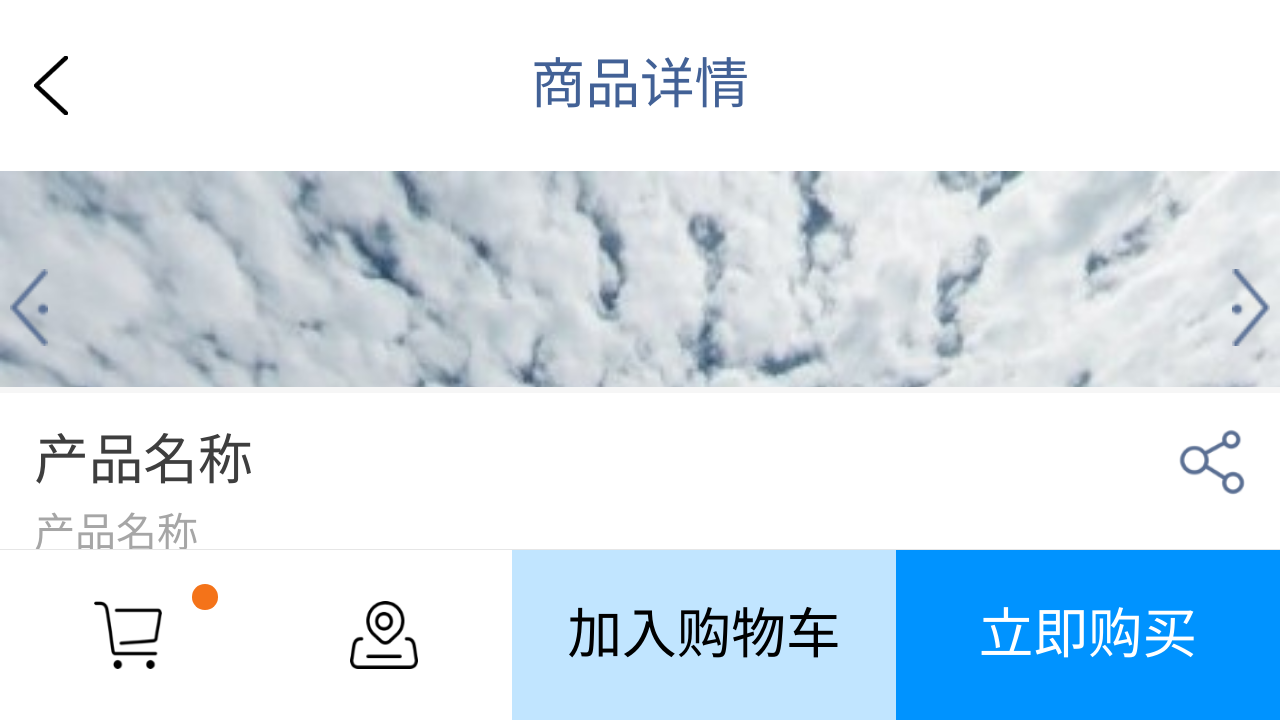
Repository: 421538074/sell
Page: consumer/goods-detail.html
These files come from the project's save history. The page is drawn as it stood at one moment and after the next save; the edit follows.
The browser window is 1280 px wide. The pictures show the whole page.
An inner scrolling area shows only its first screen.

Above is the page before, as saved 2019-05-31 10:45:22.

### consumer/goods-detail.html
<!DOCTYPE html>
<html lang="en">

<head>
    <meta charset="UTF-8">
    <meta name="viewport" content="width=device-width, initial-scale=1.0">
    <meta http-equiv="X-UA-Compatible" content="ie=edge">
    <title>商品详情</title>
    <link rel="stylesheet" href="../css/jquery.weui.css">
    <link rel="stylesheet" href="../css/base.css">
    <link rel="stylesheet" href="css/common.css">
    <link rel="stylesheet" href="../css/swiper.min.css">
    <link rel="stylesheet" href="css/goods-detail.css">
</head>

<body>
    <div id="app" class="content">
        <div class="blur" :class="{active:isShowPhotoReview}">
            <nav class="nav-bar-wrapper">
                <img src="../img/back.png" class="back-icon">
                <p class="nav-bar-title">商品详情</p>
            </nav>
            <div class="goods-pictures-wrapper" @click="openPhotoPreview">
                <div class="goods-swiper-main swiper-container swiper-container-pictures">
                    <div class="swiper-wrapper">
                        <div class="swiper-slide" v-for="item in 5">
                            <img src="../img/1.jpg" class="slide-img" alt="">
                        </div>
                    </div>
                    <div class="swiper-button-next"></div>
                    <div class="swiper-button-prev"></div>
                </div>
            </div>
            <div class="goods-detail-wrapper">
                <p class="main-title-wrapper">
                    <span class="goods-title">产品名称</span>
                    <img src="../img/share-icon.png" class="share-action-icon">
                </p>
                <p class="goods-title-desc">产品名称</p>
                <div class="goods-price-delivery">
                    <p class="goods-price">￥123.00</p>
                    <p class="delivery-fee">快递：免邮</p>
                    <p class="sell-counts-month">月销量：124件</p>
                </div>
            </div>
            <div class="tab-bar-wrapper">
                <div @click="switchTab(0)" :class="{active:currentIndex == 0}" class="tab-bar-item">商品详情</div>
                <div @click="switchTab(1)" :class="{active:currentIndex == 1}" class="tab-bar-item">基本信息</div>
                <div @click="switchTab(2)" :class="{active:currentIndex == 2}" class="tab-bar-item">买家评论</div>
            </div>
            <div class="tab-content-wrapper">
                <div v-show="currentIndex == 0" class="content-detail">
                    <img v-for="n in 10" src="../img/雷姆.jpg">
                </div>
                <div v-show="currentIndex == 1" class="content-detail">
                    <p v-for="n in 10">看来地方静安寺发的水立方空间</p>
                </div>
                <div v-show="currentIndex == 2" class="content-detail">
                    <p class="show-all-comments-count">
                        <span class="all-comments-title">全部评论（12）</span>
                        <img src="../img/arrow-right.png" class="review-all-icon">
                    </p>
                    <ul class="comments-list-wrapper">
                        <li v-for="n in 12" class="comment-item">
                            <img src="../img/1.jpg" class="user-logo">
                            <div class="username-socre">
                                <p class="username-date">
                                    <span class="nickname">
                                        用户名称
                                    </span>
                                    <span class="comment-date">
                                        03月23日
                                    </span>
                                </p>
                                <p class="score">
                                    <img v-for="n in 4" src="../img/Star1.png" class="score-icon">
                                    <img v-for="n in 1" src="../img/Star.png" class="score-icon">
                                </p>
                                <p class="comment-content">
                                    评论内容发打开了房间打开了房间的发的拉粉丝空间的范德萨拉风科技的副科级偶给国家疯狂进攻该放垃圾而欧冠对方拉结公安
                                </p>
                                <p class="comment-img-wrapper">
                                    <img v-for="n in 4" src="../img/1.jpg" class="comment-img">
                                </p>
                            </div>
                        </li>
                    </ul>
                </div>
            </div>
            <div class="operation-bar">
                <span class="shop-cart">
                    <img src="../img/shop-cart.png" class="shop-cart-icon">
                    <i class="num-icon"></i>
                </span>
                <span class="address">
                    <img src="../img/positon.png" class="position-icon">
                </span>
                <a href="javascript:;" @click="addToCart" class="add-to-cart">加入购物车</a>
                <a href="javascript:;" @click="buyNow" class="buy-now">立即购买</a>
            </div>
        </div>
        <!-- 图片预览的数字 -->
        <span v-show="isShowPhotoReview" class="preview-num">
            {{currentPreviewIndex+1}} / 5
        </span>
        <!-- 购买/加入购物车弹窗 -->
        <div id="goods-choice" class="weui-popup__container">
            <div class="weui-popup__overlay"></div>
            <div class="weui-popup__modal">
                <!-- <div class="goods-swiper-sub swiper-container swiper-container-pictures">
                    <div class="swiper-wrapper">
                        <div class="swiper-slide" v-for="item in 5">
                            <img src="../img/1.jpg" class="slide-img" alt="">
                        </div>
                    </div>
                    <div class="swiper-button-next-2"></div>
                    <div class="swiper-button-prev-2"></div>
                </div> -->
            </div>
        </div>
    </div>
    <script src="../js/api.js"></script>
    <script src="../js/jquery.min.js"></script>
    <script src="../js/swipe.js"></script>
    <script src="../js/swiper.min.js"></script>
    <script src="../js/weui.min.js"></script>
    <script src="../js/vue.js"></script>
    <script src="js/vue-mixin.js"></script>
    <script src="js/goods-detail.js"></script>
</body>

</html>

### css/base.css
/* http://meyerweb.com/eric/tools/css/reset/
   v2.0 | 20110126
   License: none (public domain)
*/

html,
body,
div,
span,
applet,
object,
iframe,
h1,
h2,
h3,
h4,
h5,
h6,
p,
blockquote,
pre,
a,
abbr,
acronym,
address,
big,
cite,
code,
del,
dfn,
em,
img,
ins,
kbd,
q,
s,
samp,
small,
strike,
strong,
sub,
sup,
tt,
var,
b,
u,
i,
center,
dl,
dt,
dd,
ol,
ul,
li,
fieldset,
form,
label,
legend,
table,
caption,
tbody,
tfoot,
thead,
tr,
th,
td,
article,
aside,
canvas,
details,
embed,
figure,
figcaption,
footer,
header,
hgroup,
menu,
nav,
output,
ruby,
section,
summary,
time,
mark,
audio,
video {
    margin: 0;
    padding: 0;
    border: 0;
    font-size: 100%;
    font: inherit;
    vertical-align: baseline;
}

/* HTML5 display-role reset for older browsers */
article,
aside,
details,
figcaption,
figure,
footer,
header,
hgroup,
menu,
nav,
section {
    display: block;
}

body {
    line-height: 1;
}

ol,
ul {
    list-style: none;
}

blockquote,
q {
    quotes: none;
}

blockquote:before,
blockquote:after,
q:before,
q:after {
    content: '';
    content: none;
}

table {
    border-collapse: collapse;
    border-spacing: 0;
}


body,
html {
    font-size: calc(100vw / 37.5) !important;
    font-family: PingFangSC-Medium;
    background: #F2F2F2;
}


[v-cloak] {
    display: none;
}


hr {
    margin: 0;
    padding: 0;
}

.clearfix {
    zoom: 1;
}

.clearfix:after {
    content: ".";
    display: block;
    visibility: hidden;
    height: 0;
    clear: both;
}

[v-cloak] {
    display: none;
}

### consumer/css/common.css
*{
    box-sizing: border-box;
}
html,body{
    background: #f6f6f6;
}
html,body,div.content{
    height: 100%;
}
/*底部菜单栏*/
nav.tool-bar-wrapper {
    height: 5rem;
    background: #ffffff;
    display: flex;
    align-items: center;
    justify-content: space-around;
}
a.nav-item {
    color: #888888;
    text-decoration: none;
    font-size: 1.5rem;
    display: flex;
    flex-direction: column;
    align-items: center;
    justify-content: space-around;
    height: 90%;
}
a.nav-item.active{
    color: #0093FF;
}
img.nav-item-icon{
    width: 1.5rem;
    height: 1.5rem;
}
.ellipsis{
    overflow: hidden;
    white-space: nowrap;
    text-overflow: ellipsis;
}
/*顶部返回栏 */
nav.nav-bar-wrapper {
    background: #FFFFFF;
    height: 5rem;
    display: flex;
    align-items: center;
    justify-content: space-around;
    position: fixed;
    width: 100%;
    top: 0;
    z-index: 2;
    font-size: 1.6rem;
    color: #426196;
}
img.back-icon {
    position: absolute;
    width: 1rem;
    left: 1rem;
}

### consumer/css/goods-detail.css
div.blur {
    height: 100%;
}
div.content{
    padding: 5rem 0;
    overflow: scroll;
}
div.blur.active{
    filter: blur(1rem);
}
.goods-pictures-wrapper ,.swiper-container-pictures{
    max-height: 30vh;
    overflow: hidden;
}
img.slide-img{
    width: 100%;
    height: 100%;
}
.swiper-button-next, .swiper-button-prev,
.swiper-button-prev, .swiper-container-rtl .swiper-button-next{
    outline: 0;
}
.swiper-button-prev, .swiper-container-rtl .swiper-button-next{
    background-image: url(../../img/left-arrow.png);
    background-size: 100% auto;
}
.swiper-button-next, .swiper-container-rtl .swiper-button-prev {
    background-image: url(../../img/right-arrow.png);
    background-size: 100% auto;
}
.swiper-button-next, .swiper-button-prev {
    width: 3vw;
    height: 8vw;
}
.goods-detail-wrapper {
    margin-top: 0.2rem;
    background: #ffffff;
    padding: 1rem;
}
p.main-title-wrapper {
    color: #3E3E3E;
    font-size: 1.6rem;
    display: flex;
    align-items: center;
    justify-content: space-between;
}
img.share-action-icon {
    width: 2rem;
}
p.goods-title-desc {
    font-size: 1.2rem;
    color: #A6A6A6;
    padding: 0.5rem 0;
}
.goods-price-delivery {
    display: flex;
    align-items: center;
    justify-content: space-between;
    padding: 0.5rem 0;
}
p.goods-price {
    color: #E85B27;
    font-size: 2rem;
}
p.delivery-fee ,p.sell-counts-month{
    color: #A6A6A6;
    font-size: 1.2rem;
}
p.delivery-fee {
    margin-left: 5rem;
}
.tab-bar-wrapper {
    display: flex;
    align-items: center;
    justify-content: space-around;
    height: 4rem;
    background: #fff;
    margin-top: 0.2rem;
}
.tab-bar-item {
    height: 100%;
    line-height: 4rem;
    color: #888888;
    font-size: 1.4rem;
    position: relative;
}
.tab-bar-item.active {
    color: #000000;
}
.tab-bar-item.active::after {
    content: '';
    position: absolute;
    width: 100%;
    height: 2px;
    background: #FFD162;
    bottom: -2px;
    left: 0;
    border-radius: 1rem;
}
.operation-bar {
    border-top: 1px solid #E6E6E6;
    height: 5rem;
    display: flex;
    align-items: center;
    justify-content: space-between;
    position: fixed;
    width: 100%;
    bottom: 0;
    background: #ffffff;
}
span.shop-cart,span.address {
    width: 20%;
    height: 2rem;
    position: relative;
    text-align: center;
}
img.shop-cart-icon,img.position-icon {
    width: 2rem;
    height: 100%;
}
a.add-to-cart,a.buy-now {
    border: none;
    height: 100%;
    outline: 0;
    flex: 1;
    line-height: 5rem;
    text-align: center;
    text-decoration: none;
}
a.add-to-cart {
    background: #C1E5FF;
    color: #000000;
    font-size: 1.6rem;
}
a.buy-now {
    background: #0093FF;
    color: #ffffff;
    font-size: 1.6rem;
}
.tab-content-wrapper {
    margin-top: 2px;
    background: #FFFFFF;
}
.content-detail img {
    width: 100%;
    height: auto;
    display: block;
}
.content-detail p {
    font-size: 1.4rem;
    padding: 1rem;
    line-height: 1.6rem;
    color: #3E3E3E;
    display: flex;
    align-items: center;
    justify-content: space-between;
}
i.num-icon {
    display: block;
    position: absolute;
    width: 0.75rem;
    height: 0.75rem;
    background: #F47319;
    border-radius: 50%;
    top: -0.5rem;
    right: 15%;
}
img.review-all-icon {
    width: 0.8rem;
}
span.all-comments-title {
    color: #000000;
    font-size: 1.4rem;
}
img.user-logo {
    width: 4rem;
    height: 4rem;
    border-radius: 50%;
}
.comment-item {
    display: flex;
    align-items: flex-start;
    justify-content: space-between;
    padding: 0 1rem;
}
.username-socre {
    flex: 1;
}
span.nickname {
    color: #000000;
    font-size: 1.4rem;
}
span.comment-date {
    color: #B6B6B6;
    font-size: 1.2rem;
}
p.username-date,p.score {
    margin-top: 0.2rem;
    padding: 0 1rem;
}
p.score{
    justify-content: flex-start;
}
img.score-icon {
    width: 1.5rem;
    margin-right: 0.3rem;
}
p.comment-img-wrapper {
    justify-content: flex-start;
}
img.comment-img {
    width: 15vw;
    height: 15vw;
    border-radius: 0.2rem;
    margin-right: 3.2vw;
}
.weui-photo-browser-modal{
    z-index: 3;
    background: transparent;
}
.photo-container {
    padding: 1rem;
}
.weui-photo-browser-modal .photo-container img{
    border-radius: 1rem;
}
span.preview-num {
    position: fixed;
    display: flex;
    min-width: 4rem;
    height: 2rem;
    z-index: 9;
    top: 70%;
    right: 2rem;
    border-radius: 5rem;
    background: rgba(89, 109, 145, 0.5);
    align-items: center;
    justify-content: center;
    color: #FFFFFF;
}
.weui-popup__modal {
    height: 65%;
    width: 92%;
    margin: 0 auto;
    margin-bottom: 4%;
    margin-left: 4%;
    border-radius: 0.6rem;
    background: #ffffff;
}

### js/api.js
function getUrlKey(name) {
    return decodeURIComponent((new RegExp('[?|&]' + name + '=' + '([^&;]+?)(&|#|;|$)').exec(location.href) || [, ""])[1].replace(/\+/g, '%20')) || null;
}


// window.warn = {
//     alert: function alert(msg) {
//         var template = `
// `
//         $('body').append(template);
//         $('.alert-body').animate({
//             top: "40px"
//         }, 200);
//         // setTimeout(function () {
//         //     warn.close();
//         // }, 1500);
//     },
//     close: function close() {
//         $('.alert-body').animate({
//             top: "-280px"
//         }, 200);
//         setTimeout(function () {
//             $('#alert-msg').remove();
//         }, 200);
//     }
// };

### consumer/js/vue-mixin.js
Vue.mixin({
    methods: {
        /**
         * 返回
         */
        back() {
            history.go(-1);
        },
        /**
         * 限制长度
         * @param {String} 要限制长度的字段
         * @param {Number} 长度
         */
        limitLength(key, length) {
            this[key] = this[key].substring(0, length);
        },
        /**
         * 验证11位手机号
         * @param {Number} phone
         */
        validatePhone(phone) {
            const phoneReg = /^[1-9][0-9]{9}[0-9]$/;
            return phoneReg.test(phone);
        },
        /**
         * 发送手机验证码
         * @param {Number} waitTimeKey 等待时间键名
         * @param {String} tipsKey 发送验证码显示的信息的键名
         * @param {String} phoneKey 手机号键名
         * @param {String} reSendMsg  按钮默认显示的文字
         */
        sendCode(waitTimeKey, tipsKey, phoneKey, defaultMsg) {
            if (!this.validatePhone(this[phoneKey])) {
                alert('无效手机号!');
                return;
            }
            if (this[waitTimeKey] == 60) {
                $.post('', {
                        phone: this[phoneKey]
                    }, (res) => {
                        if (res.status == 1) {
                            const interval = setInterval(() => {
                                if (this[waitTimeKey] == 1) {
                                    this[waitTimeKey] = 60;
                                    this[tipsKey] = defaultMsg;
                                    clearInterval(interval);
                                    return;
                                }
                                this[waitTimeKey] -= 1;
                                this[tipsKey] = `${this[waitTimeKey]}s`;
                            }, 1000);
                        } else {
                            alert('发送失败!');
                        }
                    }, 'json')
                    .fail(err => {
                        alert('服务器异常!');
                    });
            }
        },
        /**
         * 链接跳转
         * @param {String} url
         */
        linkTo(url) {
            window.location.href = url;
        }
    },
    filters: {

    }
})

### consumer/js/goods-detail.js
new Vue({
    el: '#app',
    data() {
        return {
            currentIndex: 0,
            photoPreview: '',
            isShowPhotoReview: false,
            currentPreviewIndex: 0
        }
    },
    methods: {
        // 初始化轮播组件
        initSwiper(el,pre,next) {
            new Swiper(el, {
                slidesPerView: 1,
                spaceBetween: 30,
                loop: true,
                autoplay: true,
                navigation: {
                    nextEl: next,
                    prevEl: pre,
                },
            });
        },
        // 初始化图片预览
        initPhotoPreview() {
            var vm = this;
            this.photoPreview = $.photoBrowser({
                items: ["../../img/1.jpg", "../../img/1.jpg", "../../img/1.jpg", "../../img/1.jpg", "../../img/1.jpg"],
                onClose: function () {
                    vm.isShowPhotoReview = false;
                },
                onSlideChange:function(index) {
                    vm.currentPreviewIndex = index;
                }
            });

        },
        // 打开预览图片
        openPhotoPreview() {
            this.photoPreview.open();
            this.isShowPhotoReview = true;
        },
        switchTab(index) {
            if (this.currentIndex != index) {
                this.currentIndex = index;
            }
        },
        // 加入购物车
        addToCart() {
            $("#goods-choice").popup();
        },
        // 立即购买
        buyNow() {
            $("#about").popup();
        }
    },
    mounted() {
        this.$nextTick(() => {
            // this.initSwiper('.goods-swiper-main','.swiper-button-prev','.swiper-button-next');
            this.initSwiper('.goods-swiper-sub','.swiper-button-prev-1','.swiper-button-next-1');
            this.initPhotoPreview();
        });
    },
});

Loaded but not shown: css/jquery.weui.css (library); css/swiper.min.css (library); js/jquery.min.js (library); js/swipe.js (library); js/swiper.min.js (library); js/weui.min.js (library); js/vue.js (library)

After the next save:
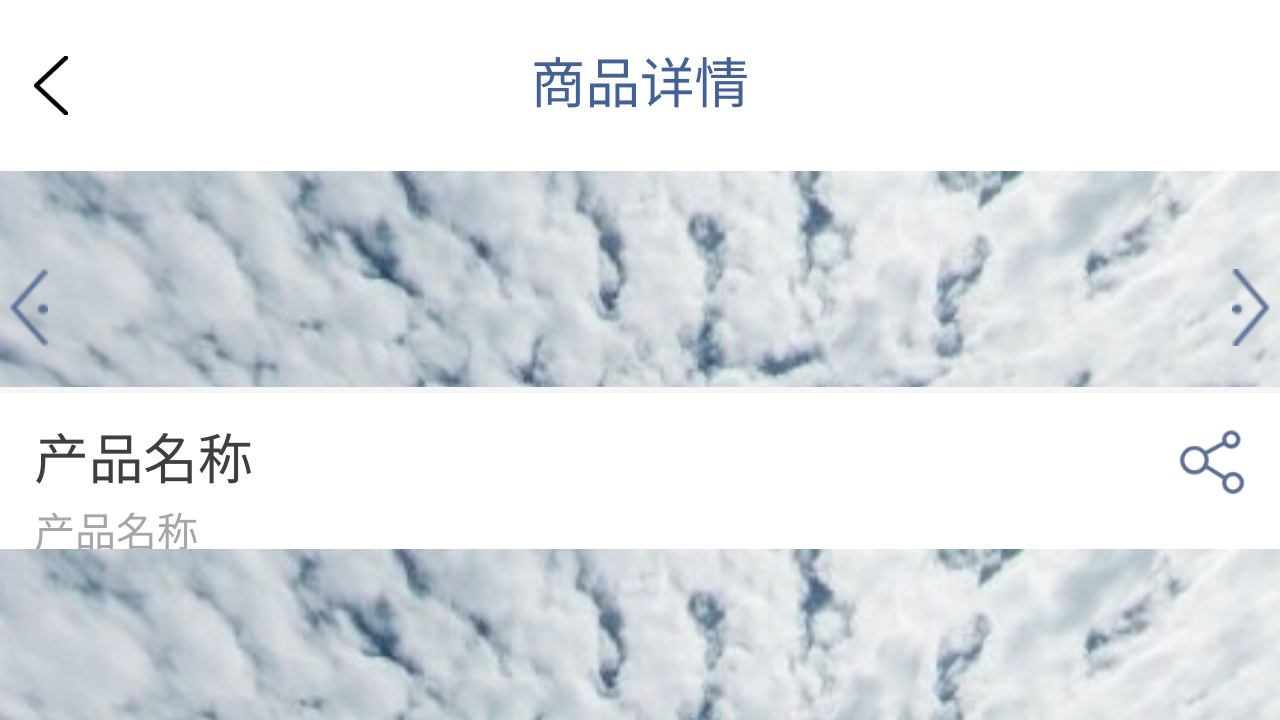
Saved 5 s later.
--- a/consumer/goods-detail.html
+++ b/consumer/goods-detail.html
@@ -99,6 +99,15 @@
                 <a href="javascript:;" @click="buyNow" class="buy-now">立即购买</a>
             </div>
         </div>
+        <div class="goods-swiper-sub swiper-container swiper-container-pictures">
+                <div class="swiper-wrapper">
+                    <div class="swiper-slide" v-for="item in 5">
+                        <img src="../img/1.jpg" class="slide-img" alt="">
+                    </div>
+                </div>
+                <div class="swiper-button-next-2"></div>
+                <div class="swiper-button-prev-2"></div>
+            </div>
         <!-- 图片预览的数字 -->
         <span v-show="isShowPhotoReview" class="preview-num">
             {{currentPreviewIndex+1}} / 5

After the save that followed:
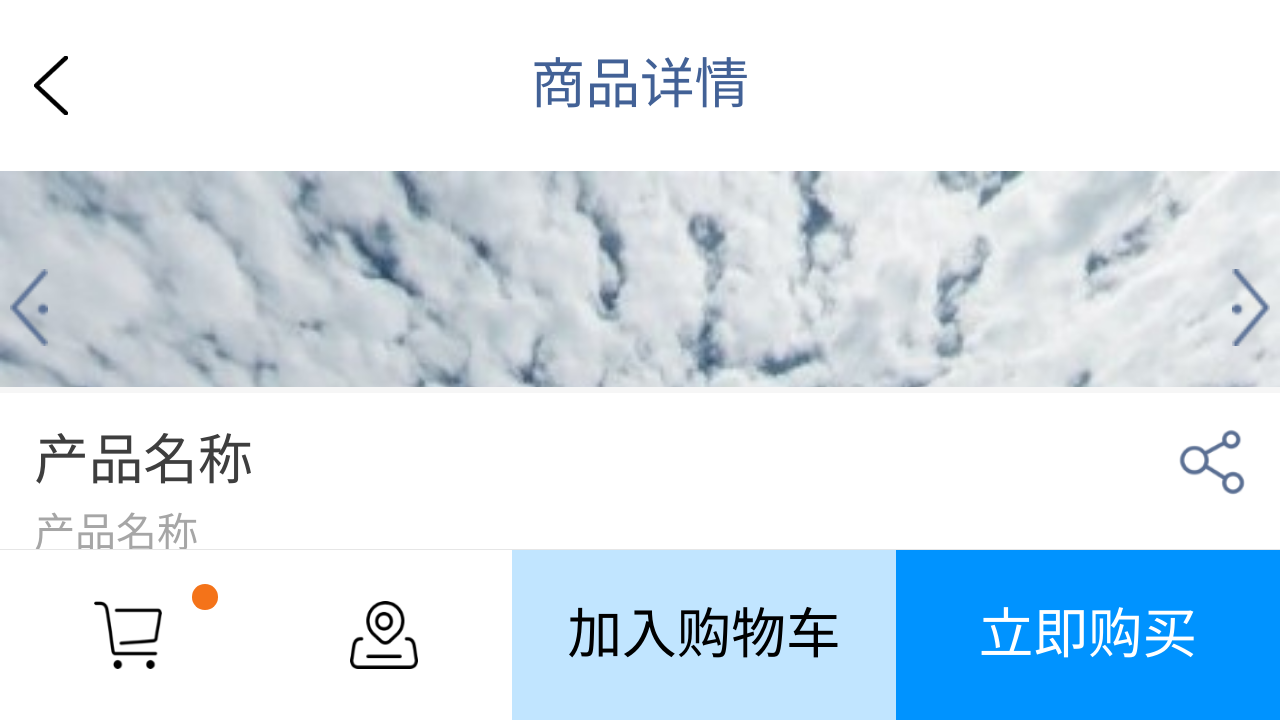
Saved 54 s later.
--- a/consumer/goods-detail.html
+++ b/consumer/goods-detail.html
@@ -99,15 +99,6 @@
                 <a href="javascript:;" @click="buyNow" class="buy-now">立即购买</a>
             </div>
         </div>
-        <div class="goods-swiper-sub swiper-container swiper-container-pictures">
-                <div class="swiper-wrapper">
-                    <div class="swiper-slide" v-for="item in 5">
-                        <img src="../img/1.jpg" class="slide-img" alt="">
-                    </div>
-                </div>
-                <div class="swiper-button-next-2"></div>
-                <div class="swiper-button-prev-2"></div>
-            </div>
         <!-- 图片预览的数字 -->
         <span v-show="isShowPhotoReview" class="preview-num">
             {{currentPreviewIndex+1}} / 5
@@ -116,7 +107,7 @@
         <div id="goods-choice" class="weui-popup__container">
             <div class="weui-popup__overlay"></div>
             <div class="weui-popup__modal">
-                <!-- <div class="goods-swiper-sub swiper-container swiper-container-pictures">
+                <div class="goods-swiper-sub swiper-container swiper-container-pictures">
                     <div class="swiper-wrapper">
                         <div class="swiper-slide" v-for="item in 5">
                             <img src="../img/1.jpg" class="slide-img" alt="">
@@ -124,7 +115,7 @@
                     </div>
                     <div class="swiper-button-next-2"></div>
                     <div class="swiper-button-prev-2"></div>
-                </div> -->
+                </div>
             </div>
         </div>
     </div>
